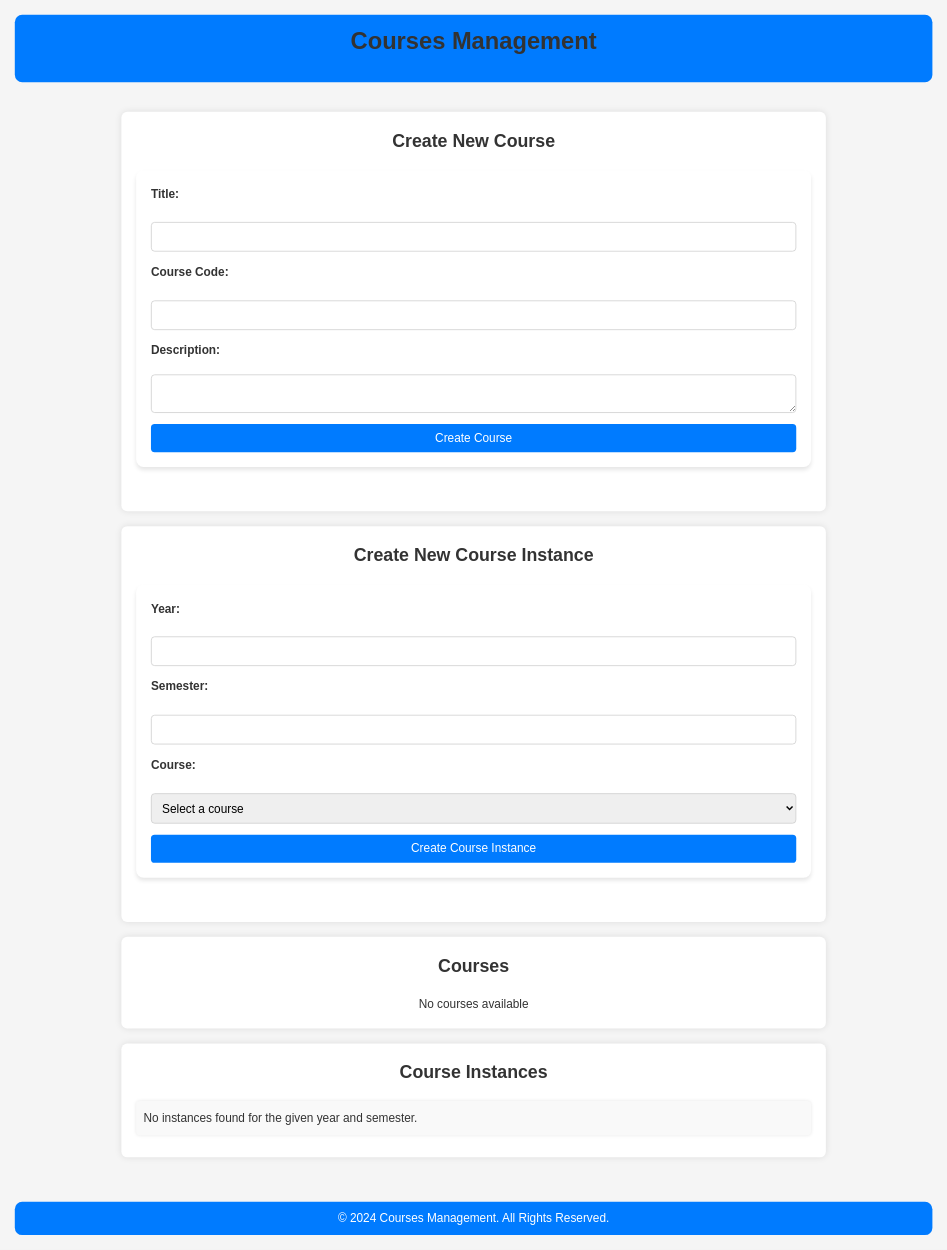
Repository: Rajdeep00-bit/Course_frontend
Page: /
The author's editor kept a copy of each file at every save. The page is drawn from the files as they stood at one save, then again after the next save.
The browser window is 1280 px wide. The pictures show the whole page, at 74% of full size.
The page's requests for data from a server got no answer. The project was rebuilt for these pictures with package versions that can differ from the ones it lists, and the page was loaded fresh each time. No one was signed in, and anything a server would have sent is missing. Also part of the build but not shown: src/components/CourseInstanceDetails.js.

Above is the page before, as saved 2024-09-12 10:27:54.

After the next save:
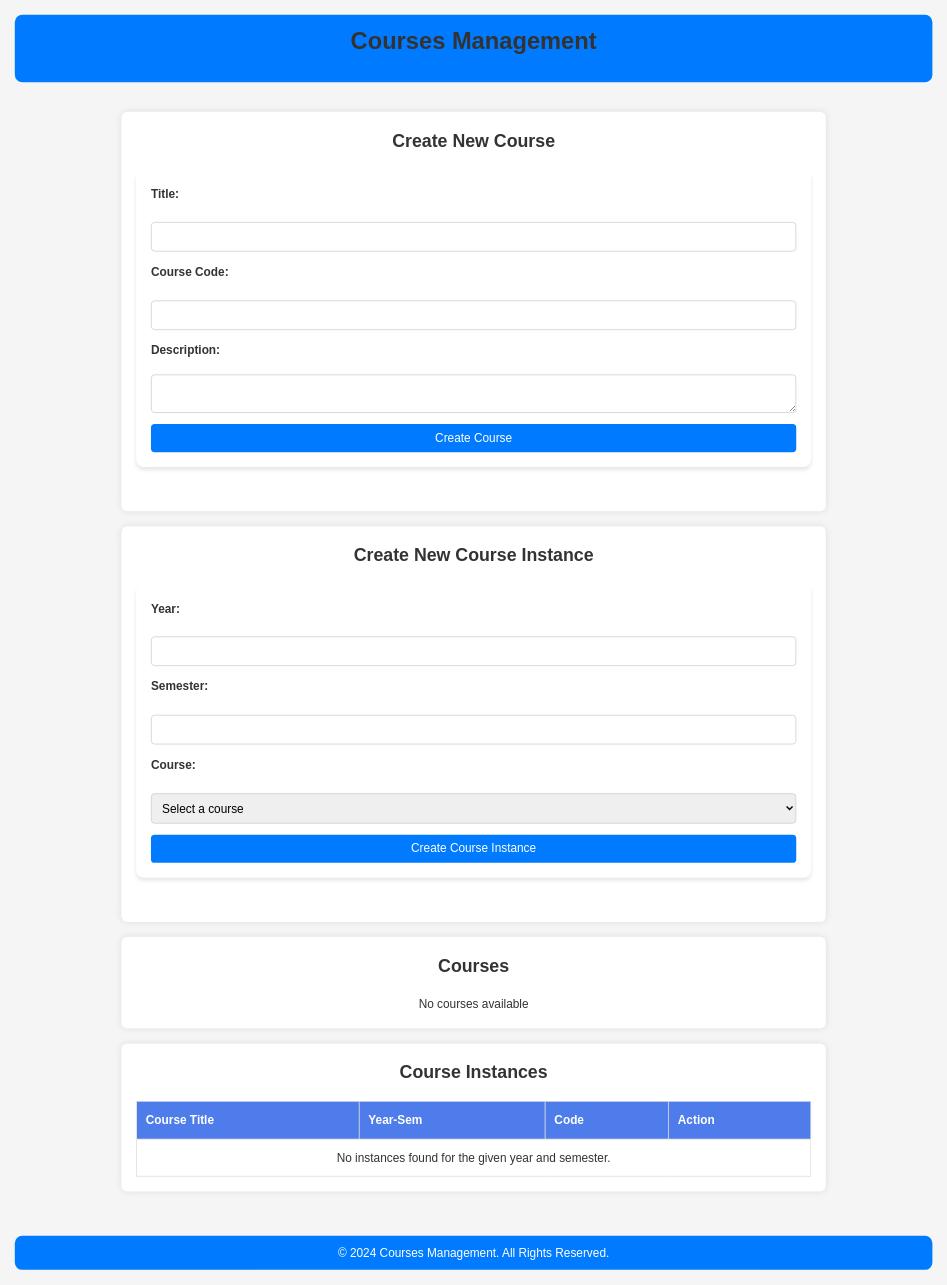
Saved 3 min 0 s later.
--- a/src/components/CourseInstanceList.js
+++ b/src/components/CourseInstanceList.js
@@ -1,17 +1,16 @@
 import React, { useEffect, useState } from 'react';
+import { FaTrash, FaSearch } from 'react-icons/fa'; // Import FontAwesome icons
 
 function CourseInstanceList({ instances, setInstances, year, semester }) {
-  const [selectedInstance, setSelectedInstance] = useState(null);  // State to store the selected course instance details
+  const [selectedInstance, setSelectedInstance] = useState(null);
 
-  // Function to fetch the instance details for the "View Details" button
+  // Fetch instance details (for display or debugging)
   const viewInstanceDetails = (id) => {
-    console.log(`Year: ${year}, Semester: ${semester}`);  // Debug year and semester values
     if (!year || !semester) {
       alert("Year and semester must be set to fetch instance details.");
       return;
     }
 
-    // Fetch instance details based on year, semester, and course instance ID
     fetch(`http://127.0.0.1:8000/api/instances/${year}/${semester}/${id}/`)
       .then((response) => {
         if (!response.ok) {
@@ -19,91 +18,94 @@
         }
         return response.json();
       })
-      .then((data) => {
-        setSelectedInstance(data);  // Set the selected instance details
-      })
+      .then((data) => setSelectedInstance(data))
       .catch((error) => {
-        console.error("Error fetching instance details:", error);
-        alert("Failed to fetch instance details. Make sure the instance exists.");
+        console.error('Error fetching instance details:', error);
+        alert('Failed to fetch instance details. Make sure the instance exists.');
       });
   };
 
-  // Function to delete an instance for the "Delete" button
+  // Function to delete the instance
   const deleteInstance = (id) => {
-    if (!window.confirm("Are you sure you want to delete this course instance?")) {
+    if (!window.confirm('Are you sure you want to delete this course instance?')) {
       return;
     }
 
-    // Delete instance based on year, semester, and course instance ID
-    fetch(`http://127.0.0.1:8000/api/instances/${year}/${semester}/${id}/`, {
-      method: 'DELETE',
-    })
+    fetch(`http://127.0.0.1:8000/api/instances/${id}/`, { method: 'DELETE' })
       .then((response) => {
         if (response.ok) {
-          // Remove the deleted instance from the state
           const updatedInstances = instances.filter((instance) => instance.id !== id);
-          setInstances(updatedInstances);  // Update the list of instances
-          alert("Instance deleted successfully.");
+          setInstances(updatedInstances);
+          alert('Instance deleted successfully.');
         } else {
-          return response.text().then((err) => {
-            throw new Error(`Failed to delete the instance: ${response.status} - ${err}`);
-          });
+          return response.text().then((err) => Promise.reject(err));
         }
       })
       .catch((error) => {
-        console.error("Error deleting instance:", error);
-        alert("Failed to delete the instance. Please try again.");
+        console.error('Error deleting instance:', error);
+        alert('Failed to delete the instance. Please try again.');
       });
   };
 
-  // Fetch all course instances when the component mounts or when year/semester changes
+  // Fetch all course instances when component mounts
   useEffect(() => {
-    console.log(`Year: ${year}, Semester: ${semester}`);  // Log year and semester values
     fetchInstances();
   }, [year, semester]);
 
   const fetchInstances = () => {
-    if (!year || !semester) return;  // Prevent fetching if year or semester is not set
-
+    if (!year || !semester) return;
     fetch(`http://127.0.0.1:8000/api/instances/${year}/${semester}`)
-      .then((response) => {
-        if (!response.ok) {
-          throw new Error(`Failed to fetch instances: ${response.status}`);
-        }
-        return response.json();
-      })
+      .then((response) => response.json())
       .then((data) => setInstances(data))
       .catch((error) => {
         console.error('Error fetching instances:', error);
-        alert("Failed to fetch instances. Please check the year/semester and try again.");
       });
   };
 
   return (
-    <div>
-      <ul>
-        {instances.length === 0 ? (
-          <li>No instances found for the given year and semester.</li>
-        ) : (
-          instances.map((instance) => (
-            <li key={instance.id}>
-              {instance.course.title} - {instance.year}/{instance.semester}
-              <button onClick={() => viewInstanceDetails(instance.id)}>View Details</button>
-              <button onClick={() => deleteInstance(instance.id)}>Delete</button>
-            </li>
-          ))
-        )}
-      </ul>
+    <div className="course-instance-list">
+      <table>
+        <thead>
+          <tr>
+            <th>Course Title</th>
+            <th>Year-Sem</th>
+            <th>Code</th>
+            <th>Action</th>
+          </tr>
+        </thead>
+        <tbody>
+          {instances.length === 0 ? (
+            <tr>
+              <td colSpan="4">No instances found for the given year and semester.</td>
+            </tr>
+          ) : (
+            instances.map((instance) => (
+              <tr key={instance.id}>
+                <td>{instance.course.title}</td> {/* Display Course Title */}
+                <td>{`${instance.year}-${instance.semester}`}</td>
+                <td>{instance.code}</td> {/* Display Course Code */}
+                <td>
+                  <button onClick={() => viewInstanceDetails(instance.id)} className="action-btn">
+                    <FaSearch />
+                  </button>
+                  <button onClick={() => deleteInstance(instance.id)} className="action-btn">
+                    <FaTrash />
+                  </button>
+                </td>
+              </tr>
+            ))
+          )}
+        </tbody>
+      </table>
 
-      {/* Display the selected instance details if available */}
+      {/* Selected instance details */}
       {selectedInstance && (
-        <div>
+        <div className="selected-instance-details">
           <h2>Course Instance Details</h2>
           <p><strong>Title:</strong> {selectedInstance.course.title}</p>
           <p><strong>Year:</strong> {selectedInstance.year}</p>
           <p><strong>Semester:</strong> {selectedInstance.semester}</p>
           <p><strong>Code:</strong> {selectedInstance.code}</p>
-          {/* You can add more details if needed */}
         </div>
       )}
     </div>
